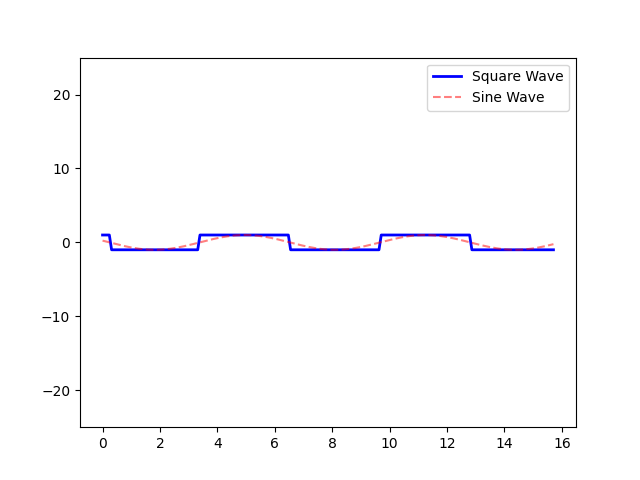
Repository: khulqu15/drone_smc_copppelia
Script's output: python py/realtime.py
An editor plug-in stored every save of this project. The script's output is shown before and after the next save, followed by the edit.
Animations are shown at an early frame. Random numbers start from a fixed seed.

Above is the script's output before, as saved 2024-06-24 00:53:36.

### py/realtime.py
import numpy as np
import matplotlib.pyplot as plt

# Initialize parameters and plot
x_len = 200
y_range = [-25, 25]
xs = np.linspace(0, 5 * np.pi, x_len)
ys = np.sin(xs)
square_ys = np.sign(ys)

plt.ion()  # Turn on interactive mode
fig, ax = plt.subplots()
ax.set_ylim(y_range)

line, = ax.plot(xs, square_ys, 'b-', linewidth=2, label='Square Wave')
sine_line, = ax.plot(xs, ys, 'r--', alpha=0.5, label='Sine Wave')
ax.legend()

frame = 0
try:
    while True:
        ys = np.sin(xs + frame / 10)
        square_ys = np.sign(ys)

        line.set_ydata(square_ys)
        sine_line.set_ydata(ys)

        fig.canvas.draw()
        fig.canvas.flush_events()
        plt.pause(0.05)  # Pause for a bit, to control the update rate

        frame += 1
except KeyboardInterrupt:
    print("Stopped animation.")

After the next save:
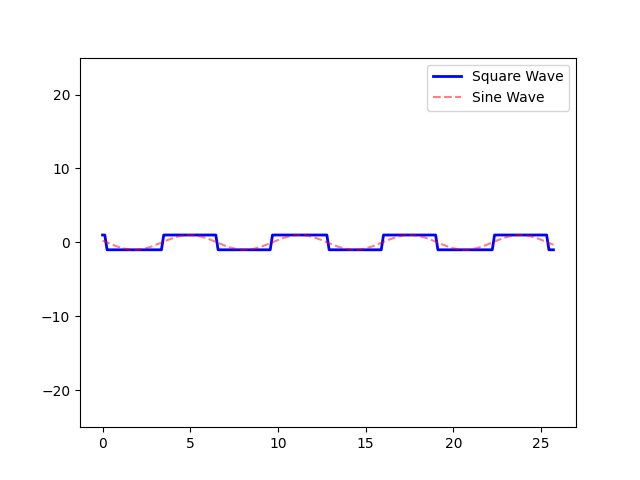
Saved 73 s later.
--- a/py/realtime.py
+++ b/py/realtime.py
@@ -4,7 +4,7 @@ import matplotlib.pyplot as plt
 # Initialize parameters and plot
 x_len = 200
 y_range = [-25, 25]
-xs = np.linspace(0, 5 * np.pi, x_len)
+xs = np.linspace(0, 5 * np.pi + 10, x_len)
 ys = np.sin(xs)
 square_ys = np.sign(ys)
 
